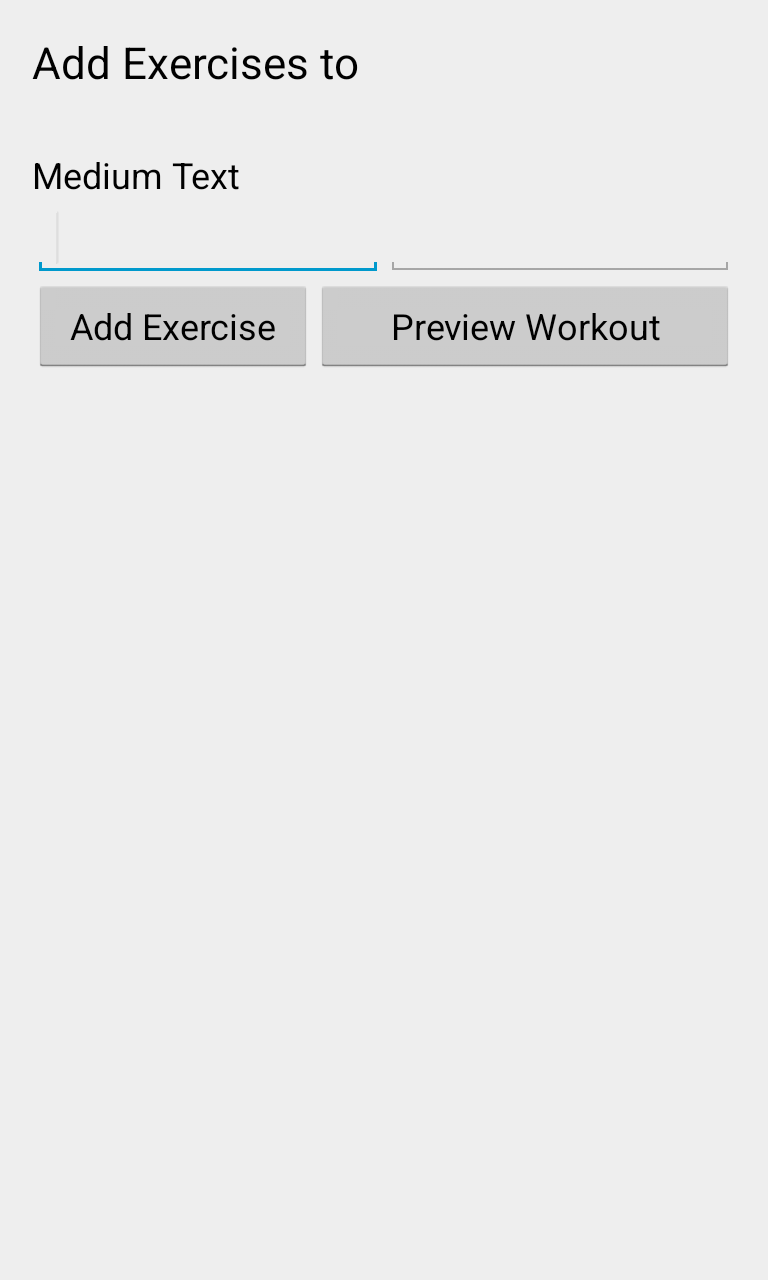
Repository: jmcdon09/EZWorkout
Layout: EzTrain/EzTrain/res/layout/activity_add_exercises.xml
The author's editor kept a copy of each file at every save. The layout is drawn from the files as they stood at one save, then again after the next save.
It is drawn on a 768 x 1280 px phone screen (xhdpi) without system bars, with theme AppTheme; the app's code is not run. Lists and similar views that code fills are empty.

Above is the layout before, as saved 2014-03-29 01:27:02.

### EzTrain/EzTrain/res/layout/activity_add_exercises.xml
<LinearLayout xmlns:android="http://schemas.android.com/apk/res/android"
    xmlns:tools="http://schemas.android.com/tools"
    android:id="@+id/LinearLayout1"
    android:layout_width="match_parent"
    android:layout_height="match_parent"
    android:background="@color/background"
    android:orientation="vertical"
    android:paddingBottom="@dimen/activity_vertical_margin"
    android:paddingLeft="@dimen/activity_horizontal_margin"
    android:paddingRight="@dimen/activity_horizontal_margin"
    android:paddingTop="@dimen/activity_vertical_margin"
    tools:context=".AddExercises" >

    <LinearLayout
        android:layout_width="match_parent"
        android:layout_height="wrap_content" >

        <TextView
            android:id="@+id/adding_exercises"
            android:layout_width="wrap_content"
            android:layout_height="wrap_content"
            android:text="@string/add_exercise_to_workout"
            android:textAppearance="?android:attr/textAppearanceLarge" />

        <TextView
            android:id="@+id/workout_name"
            android:layout_width="wrap_content"
            android:layout_height="wrap_content"
            android:textAppearance="?android:attr/textAppearanceLarge" />

    </LinearLayout>

    <TextView
        android:id="@+id/muscle_group"
        android:layout_width="wrap_content"
        android:layout_height="wrap_content"
        android:textAppearance="?android:attr/textAppearanceLarge" />

    <LinearLayout
        android:layout_width="match_parent"
        android:layout_height="wrap_content" >

        <TextView
            android:id="@+id/add_exercise_exercise"
            android:layout_width="wrap_content"
            android:layout_height="wrap_content"
            android:textAppearance="?android:attr/textAppearanceMedium" />

        <TextView
            android:id="@+id/add_exercise_set"
            android:layout_width="wrap_content"
            android:layout_height="wrap_content"
            android:textAppearance="?android:attr/textAppearanceMedium" />

        <TextView
            android:id="@+id/add_exercise_rep"
            android:layout_width="wrap_content"
            android:layout_height="wrap_content"
            android:text="Medium Text"
            android:textAppearance="?android:attr/textAppearanceMedium" />

    </LinearLayout>

    <LinearLayout
        android:layout_width="match_parent"
        android:layout_height="wrap_content" >

        <TextView
            android:id="@+id/add_exercise_name"
            android:layout_width="wrap_content"
            android:layout_height="wrap_content"
            android:textAppearance="?android:attr/textAppearanceMedium" />

        <EditText
            android:id="@+id/add_exercise_set_input"
            android:layout_width="wrap_content"
            android:layout_height="wrap_content"
            android:layout_weight="1"
            android:ems="10"
            android:inputType="number" >

            <requestFocus />
        </EditText>

        <EditText
            android:id="@+id/add_exercise_rep_input"
            android:layout_width="wrap_content"
            android:layout_height="wrap_content"
            android:layout_weight="1"
            android:ems="10"
            android:inputType="number" />

    </LinearLayout>

    <LinearLayout
        android:weightSum="100"
        android:layout_width="match_parent"
        android:layout_height="wrap_content" >

        <Button
            android:layout_weight="60"
            android:id="@+id/add_exercise"
            android:layout_width="fill_parent"
            android:layout_height="wrap_content"
            android:text="@string/add_exercise" />

        <Button
            android:layout_weight="40"
            android:id="@+id/preview_workout"
            android:layout_width="fill_parent"
            android:layout_height="wrap_content"
            android:text="@string/preview_workout" />

    </LinearLayout>

    <ListView
        android:id="@+id/exercise_list"
        android:layout_width="match_parent"
        android:layout_height="wrap_content" >
    </ListView>

</LinearLayout>

### EzTrain/EzTrain/res/values-v11/styles.xml
<?xml version="1.0" encoding="utf-8"?>
<resources>

    <!--
        Base application theme for API 11+. This theme completely replaces
        AppBaseTheme from res/values/styles.xml on API 11+ devices.
    -->
    <style name="AppBaseTheme" parent="android:Theme.Holo.Light">
        <!-- API 11 theme customizations can go here. -->
    </style>

    <style name="FullscreenTheme" parent="android:Theme.Holo">
        <item name="android:actionBarStyle">@style/FullscreenActionBarStyle</item>
        <item name="android:windowActionBarOverlay">true</item>
        <item name="android:windowBackground">@null</item>
        <item name="buttonBarStyle">?android:attr/buttonBarStyle</item>
        <item name="buttonBarButtonStyle">?android:attr/buttonBarButtonStyle</item>
    </style>

    <style name="FullscreenActionBarStyle" parent="android:Widget.Holo.Light.ActionBar">
        <item name="android:background">@color/action_bar_background</item>
        <item name="android:actionMenuTextColor">@color/black_overlay</item>
    </style>

</resources>

### EzTrain/EzTrain/res/values-v14/styles.xml
<resources>

    <!--
        Base application theme for API 14+. This theme completely replaces
        AppBaseTheme from BOTH res/values/styles.xml and
        res/values-v11/styles.xml on API 14+ devices.
    -->
    <style name="AppBaseTheme" parent="@android:style/Theme.Holo.Light.DarkActionBar">
        <!-- API 14 theme customizations can go here. -->
        <item name="android:actionBarStyle">@style/MyActionBar</item>


    </style>

    <style name="MyActionBar" parent="@android:style/Widget.Holo.Light.ActionBar">
        <item name="android:background">@color/action_bar_background</item>
        <item name="android:titleTextStyle">@style/MyActionBarTitle</item>
    </style>

	<style name="MyActionBarTitle" parent="@android:style/TextAppearance.Holo.Widget.ActionBar.Title">
	    <item name="android:textColor">@color/title</item>

	</style>



</resources>

### EzTrain/EzTrain/res/values/colors.xml
<resources>

    <color name="action_bar_background">#4db6af</color>
    <color name="black_overlay">#66000000</color>
    <color name="background">#eee</color>
    <color name="font">#444</color>
    <color name="accent">#ccc</color>
    <color name="title">#FFF</color>

</resources>

### EzTrain/EzTrain/res/values/strings.xml
<?xml version="1.0" encoding="utf-8"?>
<resources>

    <string name="app_name">EZWorkout</string>

    <string-array name="muscle_groups">
        <item>Arms</item>
        <item>Abdominals</item>
        <item>Chest</item>
        <item>Back</item>
        <item>Legs</item>
        <item>Shoulders</item>
    </string-array>

    <string-array name="my_workouts">
        <item>Biceps</item>
        <item>Major Chest Workout</item>
    </string-array>

    <string-array name="chest">
        <item>Benchpress</item>
        <item>Butterflys</item>
        <item>Push Ups</item>
        <item>Iron Cross</item>
        <item>Decline Dumbell Press</item>
        <item></item>
    </string-array>

    <string-array name="arms">
        <item>Bicep Curls</item>
        <item>Spider Curls</item>
        <item>Tricep Dips</item>
        <item>Skullcrushers</item>
        <item>French Press</item>
    </string-array>

    <string-array name="shoudlers">
        <item>Shoulder Abduction</item>
        <item>Military Press</item>
    </string-array>

    <string-array name="abdominals">
        <item>Crunches</item>
        <item>Russian Twists</item>
        <item>Sit-ups</item>
        <item>Toe Touches</item>
    </string-array>

    <string-array name="legs">
        <item>One Legged Squats</item>
        <item>Romanian Deadlifts</item>
        <item>Trap Bar Deadlifts</item>
        <item>Box Jumps</item>
    </string-array>

    <string-array name="back">
        <item>Standing Good Mornings</item>
        <item>Seated Good Mornings</item>
        <item>Reverse Hypers</item>
        <item>Chin Ups</item>
    </string-array>

    <string name="workout_now">Start Workout</string>
    <string name="progress">My Progress</string>
    <string name="design_work">Design Workout</string>
    <string name="title_activity_start_workout">Start Workout</string>
    <string name="title_activity_my_progress">My Progress</string>
    <string name="title_activity_design_workout">Design Workout</string>
    <string name="title_activity_add_exercises">Add Exercises</string>
    <string name="title_activity_create_exercise">Create Exercise</string>
    <string name="title_activity_preview_workout">Preview Workout</string>
    <string name="title_activity_my_workouts">My Workouts</string>
    <string name="title_activity_workout">Workout</string>
    <string name="title_activity_active_workout">Active Workout</string>
    <string name="workout_name">Workout Name</string>
    <string name="return_workout"></string>
    <string name="action_settings">Action Settings</string>
    <string name="add_exercise_to_workout">Add Exercises to </string>
    <string name="add_exercise">Add Exercise</string>
    <string name="begin_design">Start Design</string>
    <string name="create_exercise">Create Exercise</string>
    <string name="muscle_group">Muscle Group</string>
    <string name="workout_description">Workout Description</string>
    <string name="related_workouts">Related Workouts</string>
    <string name="my_workouts">My Workouts</string>
    <string name="exercises">Exercises</string>
    <string name="start_workout">Start Workout</string>
    <string name="browse_workouts">Browse Workouts</string>
    <string name="exercise_name">Exercise Name</string>
    <string name="set_number">Set #</string>
    <string name="reps">Repitions</string>
    <string name="rep_hint">Rep hint goes here</string>
    <string name="weight">Weight</string>
    <string name="table_exercise">Exercise</string>
    <string name="table_sets">Sets</string>
    <string name="table_reps">Repititions</string>
    <string name="action_home">Home</string>
    <string name="exercise1">Bench press </string>
    <string name="set1">4</string>
    <string name="rep1">8#821112</string>
    <string name="exercise_detail">Details here</string>
    <string name="title_activity_preview_exercise">Preview Exercise</string>
    <string name="hello_world">Hello world!</string>
    <string name="preview_workout">Preview Workout</string>
    <string name="title_activity_preview_design">Preview Design</string>
    <string name="exercise">Exercise: </string>
    <string name="preview_exer_set">Sets: </string>
    <string name="preview_exer_reps">Reps: </string>

</resources>

Loaded but not shown: EzTrain/EzTrain/res/values/styles.xml (common file); EzTrain/EzTrain/res/values/dimens.xml (common file)

After the next save:
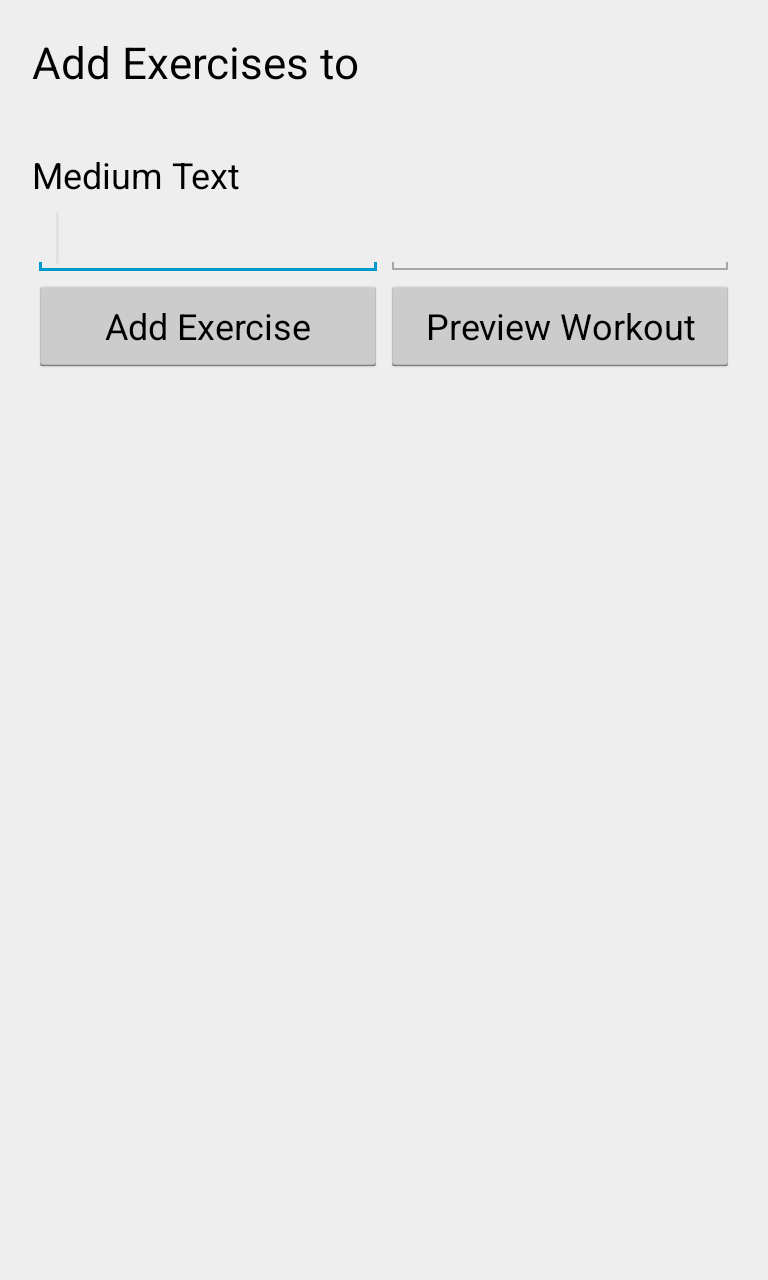
Saved 10 s later.
--- a/EzTrain/EzTrain/res/layout/activity_add_exercises.xml
+++ b/EzTrain/EzTrain/res/layout/activity_add_exercises.xml
@@ -98,14 +98,14 @@
         android:layout_height="wrap_content" >
 
         <Button
-            android:layout_weight="60"
+            android:layout_weight="50"
             android:id="@+id/add_exercise"
             android:layout_width="fill_parent"
             android:layout_height="wrap_content"
             android:text="@string/add_exercise" />
 
         <Button
-            android:layout_weight="40"
+            android:layout_weight="50"
             android:id="@+id/preview_workout"
             android:layout_width="fill_parent"
             android:layout_height="wrap_content"
